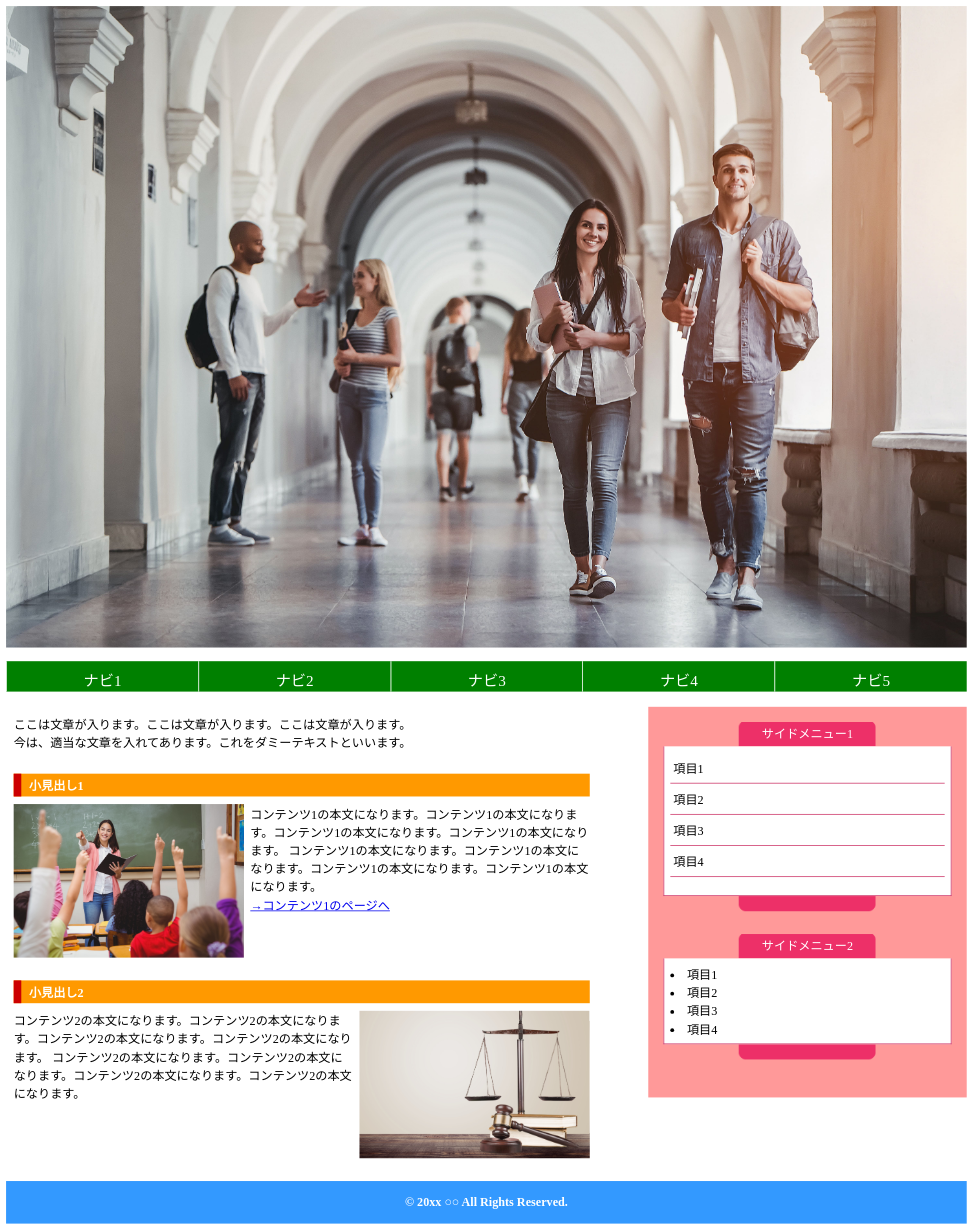
Repository: iwamani/samurai_HTML-CSS
Page: home.html
The author's editor kept a record of every edit. The page is drawn from the files as they stood at one moment, then again after the next edit.
The browser window is 1280 px wide. The pictures show the whole page, at 76% of full size.

Above is the page before.

### home.html
<!DOCTYPE html>
<html lang="ja">
    <head>
        <meta charset="UTF-8">
        <title>HTML/CSSの学習</title>
        <link rel="stylesheet" href="stylesheet.css">
    </head>
    <body>
        <!-- ヘッダー -->
        <div id="header">
            <h1><a href="index.html"><img id="corridor" src="images/corridor.jpg" alt="大学の廊下" /></a></h1>
        </div>

        <div id="wrapper">

            <!-- ナビゲーションメニュー -->
            <div id="nav">
                <ul>
                    <li><a href="home.html">ナビ1</a></li>
                    <li><a href="#">ナビ2</a></li>
                    <li><a href="#">ナビ3</a></li>
                    <li><a href="#">ナビ4</a></li>
                    <li><a href="#">ナビ5</a></li>
                </ul>
            </div>

            <!-- メイン -->
            <div id="container">
                <div id="main">
                    <div class="post">
                        <p>ここは文章が入ります。ここは文章が入ります。ここは文章が入ります。<br />今は、適当な文章を入れてあります。これをダミーテキストといいます。</p>
                    </div>
                    <div class="post clearfix">
                        <h2>小見出し1</h2>
                        <img class="left" src="images/classroom.jpg" alt="授業風景" />
                        <p>
                            コンテンツ1の本文になります。コンテンツ1の本文になります。コンテンツ1の本文になります。コンテンツ1の本文になります。
                            コンテンツ1の本文になります。コンテンツ1の本文になります。コンテンツ1の本文になります。コンテンツ1の本文になります。
                        </p>
                        <p><a href="#">→コンテンツ1のページへ</a></p>
                    </div>
                    <div class="post clearfix">
                        <h2>小見出し2</h2>
                        <img class="right" src="images/scale.jpg" alt="天秤" />
                        <p>
                            コンテンツ2の本文になります。コンテンツ2の本文になります。コンテンツ2の本文になります。コンテンツ2の本文になります。
                            コンテンツ2の本文になります。コンテンツ2の本文になります。コンテンツ2の本文になります。コンテンツ2の本文になります。
                        </p>
                    </div>
                </div>

                <!-- サイド -->
                <div id="side">
                    <div class="box">
                        <h2>サイドメニュー1</h2>
                        <div class="boxBody">
                            <ul>
                                <li>項目1</li>
                                <li>項目2</li>
                                <li>項目3</li>
                                <li>項目4</li>
                            </ul>
                        </div>
                    </div>
                    <div class="box">
                        <h2>サイドメニュー2</h2>
                        <div class="boxBody">
                            <li>項目1</li>
                            <li>項目2</li>
                            <li>項目3</li>
                            <li>項目4</li>
                        </div>
                    </div>
                </div>
            </div>
        </div>

        <!-- フッター -->
        <div id="footer">
            <p>&copy; 20xx ○○ All Rights Reserved.</p>
        </div>
    </body>
</html>

### stylesheet.css
@charset "utf-8"

body {
		margin: 0;
		padding: 0;
		font-family: "ヒラギノ角ゴ Pro w3","Hiragino Kaku Gothic Pro", "メイリオ", Meiryo, Osaka, "ＭＳ Ｐゴシック", "MS PGothic", sans-serif;
		color: #333;
		font-size: 13px;
		line-height: 150%
}

/*-------------------- wrapper --------------------*/

#wrapper {
	width: 100%;
	margin: auto;
	padding: 0px;
	border: 0px;
	background-color: #FFF;
	top: 10px;
	position: relative;
}

/*-------------------- header --------------------*/

#header {
		width: 100%;
}

#header h1 {
		margin: 0;
		padding: 0;
}

#corridor {
		width: 100%;
		height: auto;
}

/*-------------------- fotter --------------------*/

#footer {
		clear: both;
		width: 100%;
		padding: 3px 0 3px 0;
		background: #39F;
		color: #FFF;
		font-weight: bold;
		text-align: center;
}

/*-------------------- nav --------------------*/

#nav {
		width: 100%;
}
#nav ul {
	display: flex;
		margin: 0;
		padding: 0;
		list-style-type: none;
}
#nav ul li {
		width: 20%;
		text-align: center;
}
#nav ul li a {
		display: block;
		height: 20px;
		margin: 0;
		padding: 10px;
		color: #FFF;
		font-size: 20px;
		text-decoration: none;
		background-color: green;
	border-left: 1px solid white;
}

#nav ul li a:hover {
		filter: drop-shadow(10px 10px 10px black);
}

/*-------------------- container --------------------*/

#container {
		width: 100%;
		margin: auto;
		padding-top: 20px;
		clear: both;
}

/*-------------------- main --------------------*/

#main {
		float: left;
		width: 60%;
		padding: 10px 30px 10px 10px;
}
#main h2 {
		margin: 0 0 10px 0;
		padding: 3px 10px 3px 10px;
		color: #FFF;
		font-size: 16px;
		border-left: solid 10px #C00;
		background-color: #F90;
}
#main p {
		margin: 0;
		padding: 0;
}
#main .post {
		margin: 0 0 30px 0;
}

#main .post img.right {
		margin: 0 0 0 8px;
}
#main .post img.left {
		margin: 0 8px 0 0;
}

.right {
		float: right;
		width: 40%;
		height: auto;
}
.left {
		float: left;
		width: 40%;
		height: auto;
}

/*-------------------- clearfix --------------------*/

.clearfix {
		zoom: 1;
}
.clearfix:after{
		content: "";
		display: block;
		clear: both;
}

/*-------------------- side --------------------*/

#side {
		float: right;
		width: 30%;
		padding: 20px;
		background-color: #F99;
}
#side .box {
		margin: 0 auto 30px auto;
		padding: 0 0 20px 0;
		background: url(images/side_box.png) bottom no-repeat;
}
#side .box h2 {
		margin: 0;
		padding: 8px;
		text-align: center;
		color: #fff;
		font-size: 16px;
		line-height: 16px;
		font-weight: normal;
		background: url(images/side_box_h2.png) center no-repeat;
}
#side .box .boxBody {
		padding: 8px;
		border-right: solid 1px #C36;
		border-bottom: solid 1px #C36;
		border-left: solid 1px #C36;
		background: #fff;
}
#side .box .boxBody ul {
		margin: 0 0 16px 0;
		padding: 0;
}
#side .box .boxBody ul li {
	padding: 8px 0 8px 4px;
	list-style: none;
	border-bottom: solid 1px #C36;
}

#side .box .boxBody ul li:hover {
	padding: 8px 0 8px 4px;
	list-style: none;
	border-bottom: solid 1px #C36;
	box-shadow: 0px 4px 4px rgba(0, 0, 0, 0.3);
}

After the next edit:
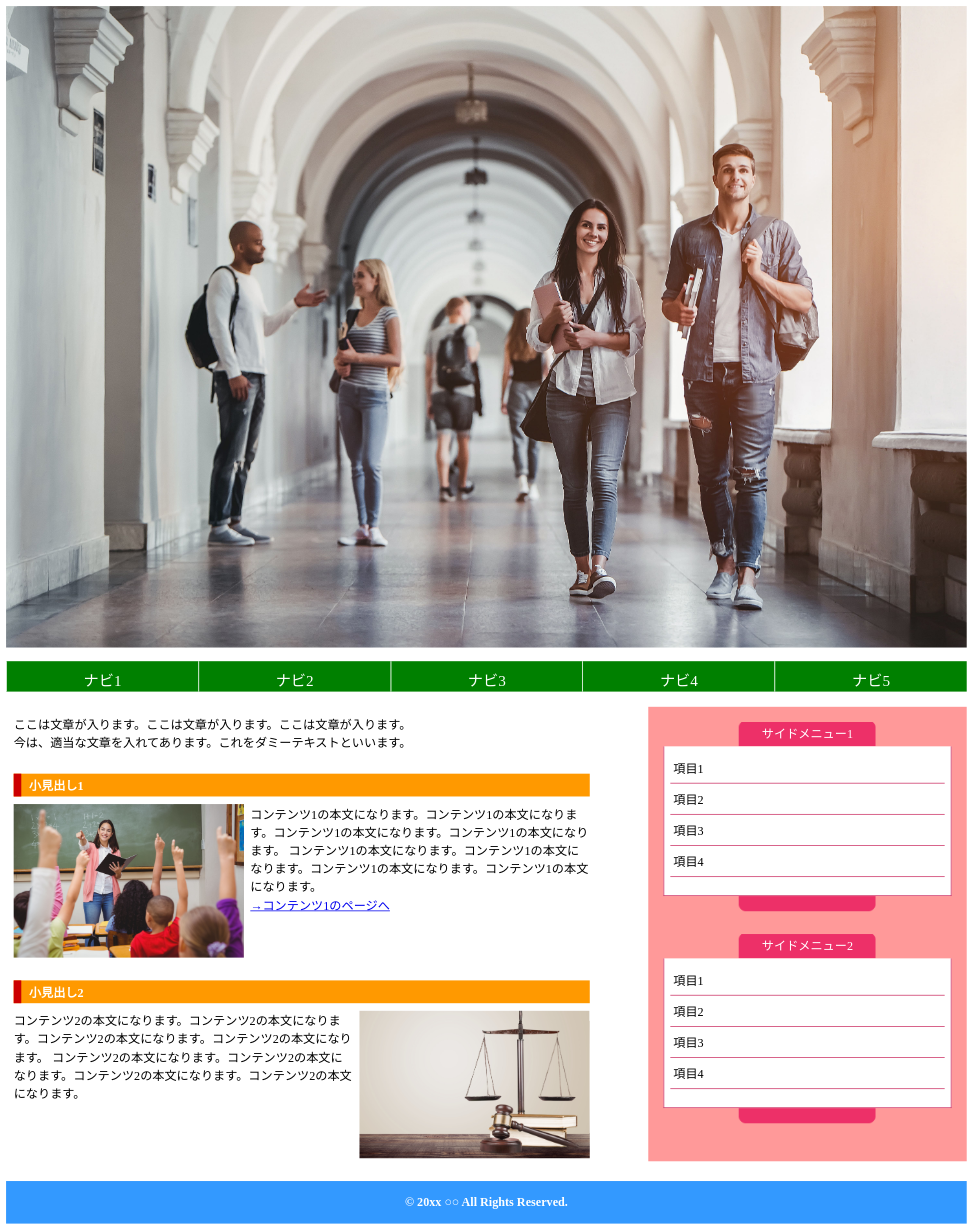
The edit:
--- a/home.html
+++ b/home.html
@@ -65,10 +65,12 @@
                     <div class="box">
                         <h2>サイドメニュー2</h2>
                         <div class="boxBody">
-                            <li>項目1</li>
-                            <li>項目2</li>
-                            <li>項目3</li>
-                            <li>項目4</li>
+                            <ul>
+                                <li>項目1</li>
+                                <li>項目2</li>
+                                <li>項目3</li>
+                                <li>項目4</li>
+                            </ul>
                         </div>
                     </div>
                 </div>
